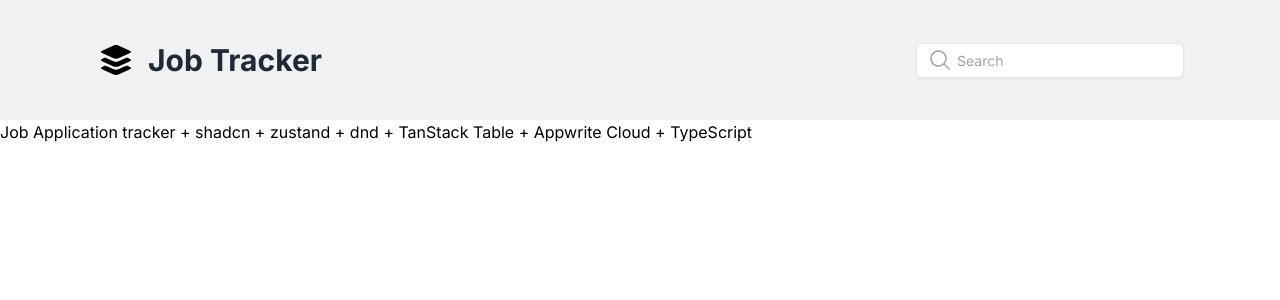
Repository: Vasil1001/job-applications-tracker-nextjs
Page: /
These files come from the project's save history. The page is drawn as it stood at one moment and after a run of saves; the edit follows.
The browser window is 1280 px wide. The pictures show the whole page.
The project was rebuilt for these pictures with package versions that can differ from the ones it lists, and the page was loaded fresh each time. The framework's server and built-in components were replaced by stand-ins that run in the browser. Also part of the build but not shown: next.config.js.

Above is the page before, as saved 2023-06-24 17:45:24.

### app/layout.tsx
import "./globals.css";
import { Inter } from "next/font/google";

const inter = Inter({ subsets: ["latin"] });

export const metadata = {
  title: "Job Tracker",
  description: "Generated by create next app",
};

export default function RootLayout({
  children,
}: {
  children: React.ReactNode;
}) {
  return (
    <html lang="en">
      <body suppressHydrationWarning={true} className={inter.className}>{children}</body>
    </html>
  );
}

### app/page.tsx
import Header from "@/components/Header";
import Image from "next/image";

export default function Home() {
  return (
    <main className="flex min-h-screen max-w-screen flex-col justify-between mx-auto">
      {/* Header Component */}
      <Header />

      {/* Board dnd Component */}

    </main>
  );
}

### components/Header.tsx
"use client";
import { Search } from "lucide-react";
import React from "react";
import SearchBar from "./navbar/SearchBar";
import { IoIosApps } from "react-icons/io";
import { RiSendPlaneLine } from "react-icons/ri";
import { BiNotepad } from "react-icons/bi";
import Image from "next/image";
import { MagnifyingGlassIcon, UserCircleIcon } from "@heroicons/react/24/solid";
import { FiUser } from "react-icons/fi";
import { HiMagnifyingGlass } from "react-icons/hi2";
import Navbar from "./navbar/Navbar";
import Avatar from "react-avatar";

export default function Header() {
  return (
    <header>
      <div className="flex flex-col md:flex-row items-center p-5 xl:p-10 xl:px-24 bg-gray-500/10">
        {/* <Navbar /> */}
        {/* <Image
          src="https://links.papareact.com/c2cdd5"
          alt="Logo"
          width={300}
          height={100}
          className="w-44 md:w-56 pb-10 md:pb-0 object-contain"
        /> */}
        {/* Logo */}
        <div className="flex items-center font-bold text-3xl mb-3 md:mb-0">
          <IoIosApps size={40} className="mr-3" />
          <span className="text-gray-800">Job Tracker</span>
        </div>

        {/* Search input, button and profile */}
        <div className="flex items-center gap-3 flex-1 justify-end w-full">
          <form className=" flex items-center justify-center  flex-1 md:flex-initial">
            <div className="relative  ">
              <span className="absolute inset-y-0 left-0 flex items-center pl-3">
                <HiMagnifyingGlass className="w-6 h-6 text-gray-400" />
              </span>

              <input
                type="text"
                className="w-full flex-1  h-full py-2 pl-10 pr-4 border shadow-sm focus-visible:outline-none focus-visible:ring-1 focus:ring-gray-400 text-black bg-white border-gray-200 text-sm rounded-md hover:border-gray-300 placeholder:text-gray-400 focus:placeholder:text-gray-500"
                placeholder="Search"
              />
            </div>
            <button hidden> Search</button>
          </form>


        </div>

        {/* <Avatar name="Vasilis Dzhakov" round color="#ffffff" size="50" fgColor='black' /> */}
        <div className="flex gap-3.5">
          {/* <SearchBar />
            <button className="py-2 px-4 flex-initial text-black border focus-visible:outline-none focus-visible:ring-1 focus:ring-gray-400 bg-white border-gray-200 sm:text-sm rounded-md hover:border-gray-300 ">
              User
            </button> */}
        </div>
      </div>
      <h1>
        Job Application tracker + shadcn + zustand + dnd + TanStack Table +
        Appwrite Cloud + TypeScript
      </h1>
    </header>
  );
}

Loaded but not shown: app/globals.css (common file); tailwind.config.js (common file)

After the next 2 saves:
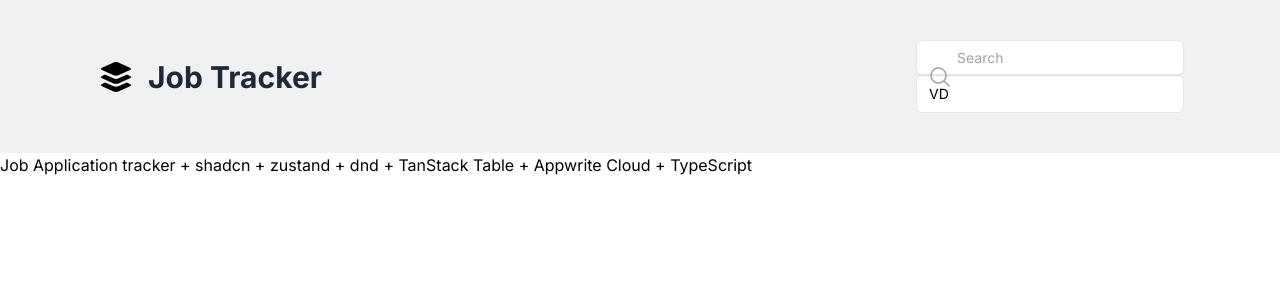
The 2 saves are shown as one change because they came seconds apart.
The last was saved 6 s later.
--- a/components/Header.tsx
+++ b/components/Header.tsx
@@ -43,11 +43,12 @@
                 className="w-full flex-1  h-full py-2 pl-10 pr-4 border shadow-sm focus-visible:outline-none focus-visible:ring-1 focus:ring-gray-400 text-black bg-white border-gray-200 text-sm rounded-md hover:border-gray-300 placeholder:text-gray-400 focus:placeholder:text-gray-500"
                 placeholder="Search"
               />
+              <div className="p-2 px-3 text-black text-sm font-regular border outline-none focus-visible:outline-none focus-visible:ring-1 focus:ring-gray-400 bg-white border-gray-200 text-sm rounded-md hover:border-gray-300 ">
+                VD
+              </div>
             </div>
             <button hidden> Search</button>
           </form>
-
-
         </div>
 
         {/* <Avatar name="Vasilis Dzhakov" round color="#ffffff" size="50" fgColor='black' /> */}

After the save that followed:
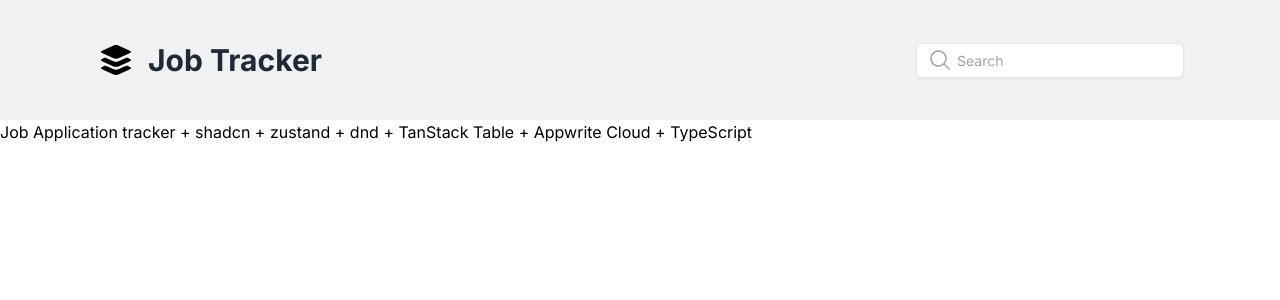
Saved 8 s later.
--- a/components/Header.tsx
+++ b/components/Header.tsx
@@ -43,9 +43,7 @@
                 className="w-full flex-1  h-full py-2 pl-10 pr-4 border shadow-sm focus-visible:outline-none focus-visible:ring-1 focus:ring-gray-400 text-black bg-white border-gray-200 text-sm rounded-md hover:border-gray-300 placeholder:text-gray-400 focus:placeholder:text-gray-500"
                 placeholder="Search"
               />
-              <div className="p-2 px-3 text-black text-sm font-regular border outline-none focus-visible:outline-none focus-visible:ring-1 focus:ring-gray-400 bg-white border-gray-200 text-sm rounded-md hover:border-gray-300 ">
-                VD
-              </div>
+
             </div>
             <button hidden> Search</button>
           </form>
